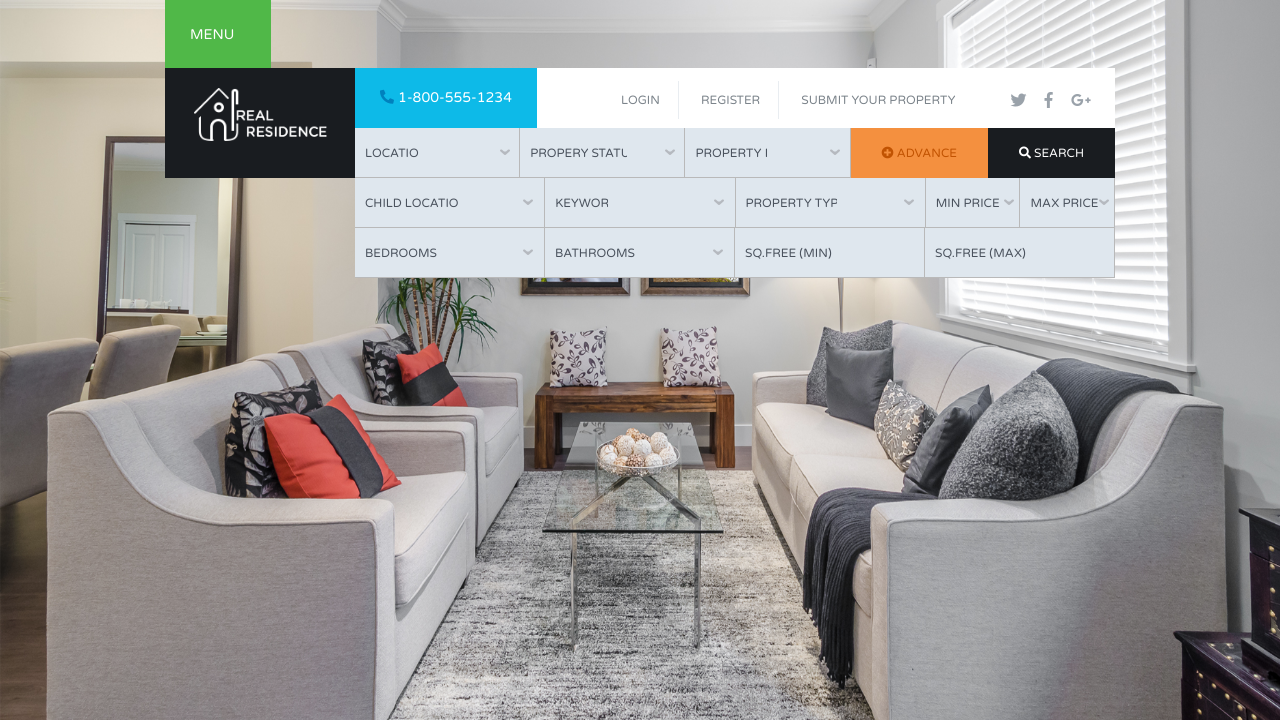
Repository: shuffleaz/psd-htmlcss
Page: index.html
The author's editor kept a copy of each file at every save. The page is drawn from the files as they stood at one save, then again after the next save.
The browser window is 1280 px wide. The pictures show the whole page.

Above is the page before, as saved 2019-02-27 11:16:59.

After the next save:
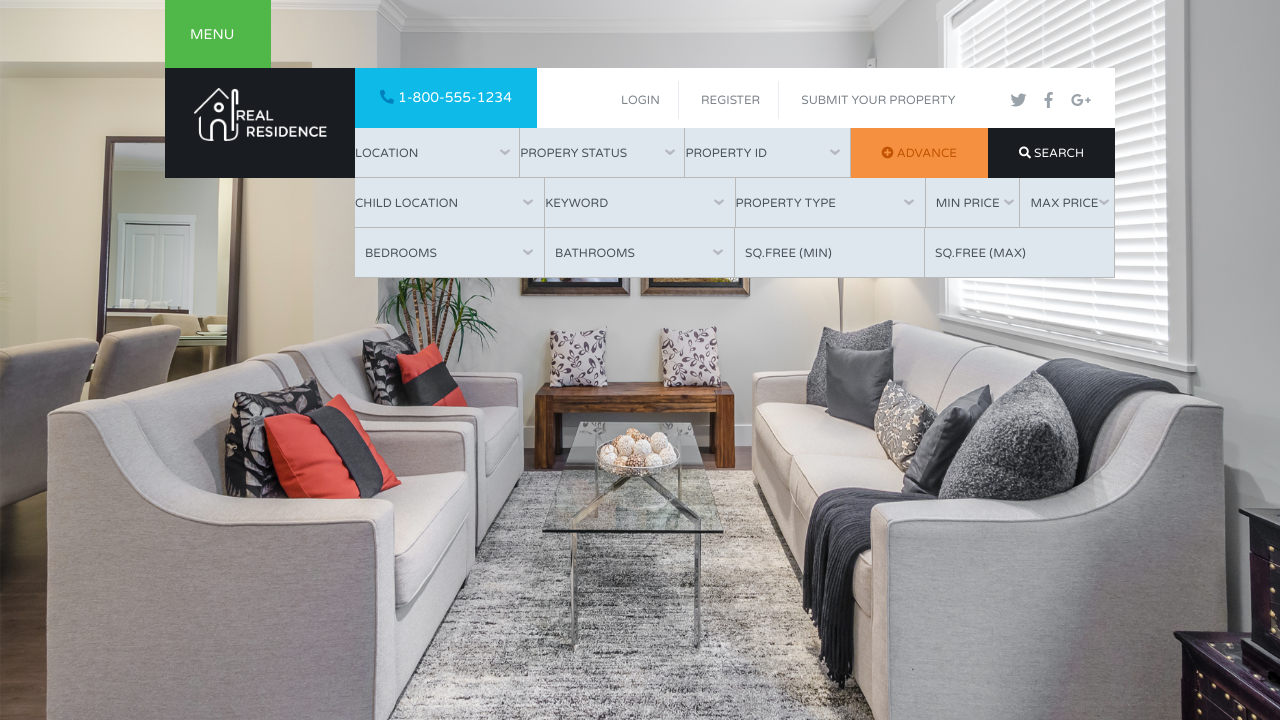
Saved 8 s later.
--- a/assets/css/home.css
+++ b/assets/css/home.css
@@ -234,7 +234,7 @@
     text-transform: uppercase;
     border:none;
     /* padding-left:10px; */
-    text-indent:10px;
+    /* text-indent:10px; */
     background-color:transparent;
     outline: none;
     -webkit-appearance: none;

After the save that followed:
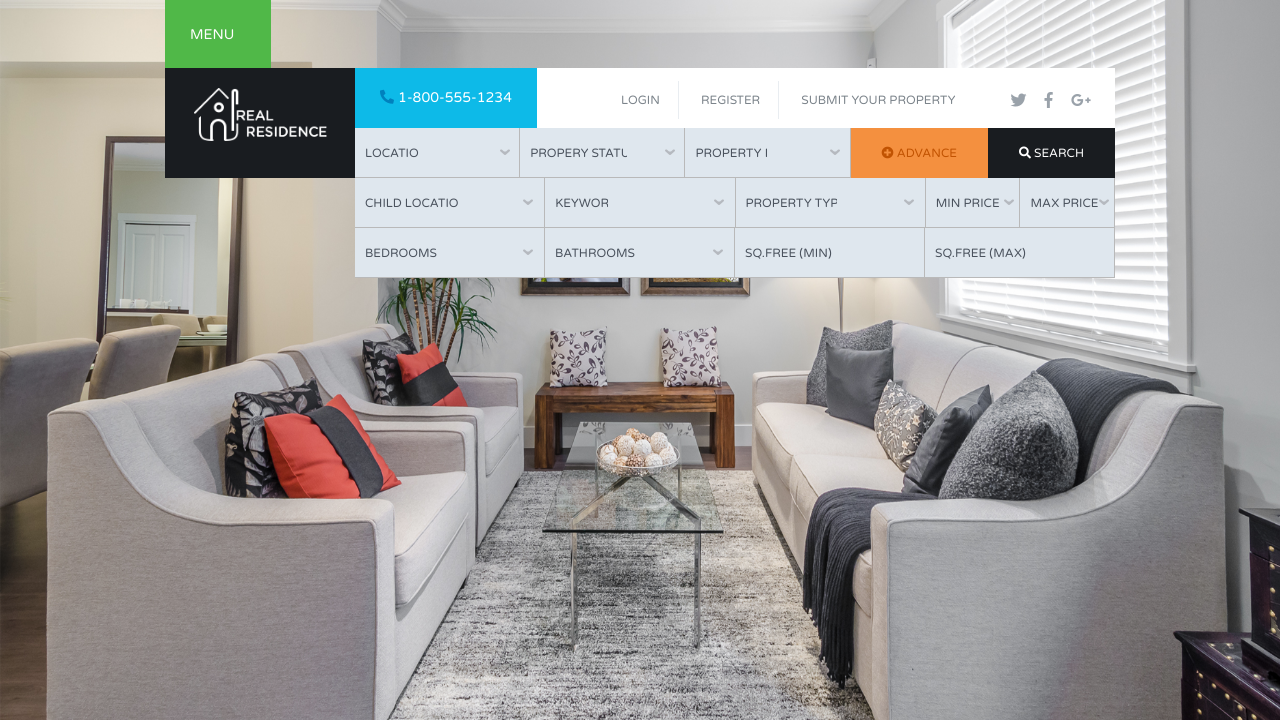
Saved 5 s later.
--- a/assets/css/home.css
+++ b/assets/css/home.css
@@ -234,7 +234,7 @@
     text-transform: uppercase;
     border:none;
     /* padding-left:10px; */
-    /* text-indent:10px; */
+    text-indent:10px;
     background-color:transparent;
     outline: none;
     -webkit-appearance: none;
